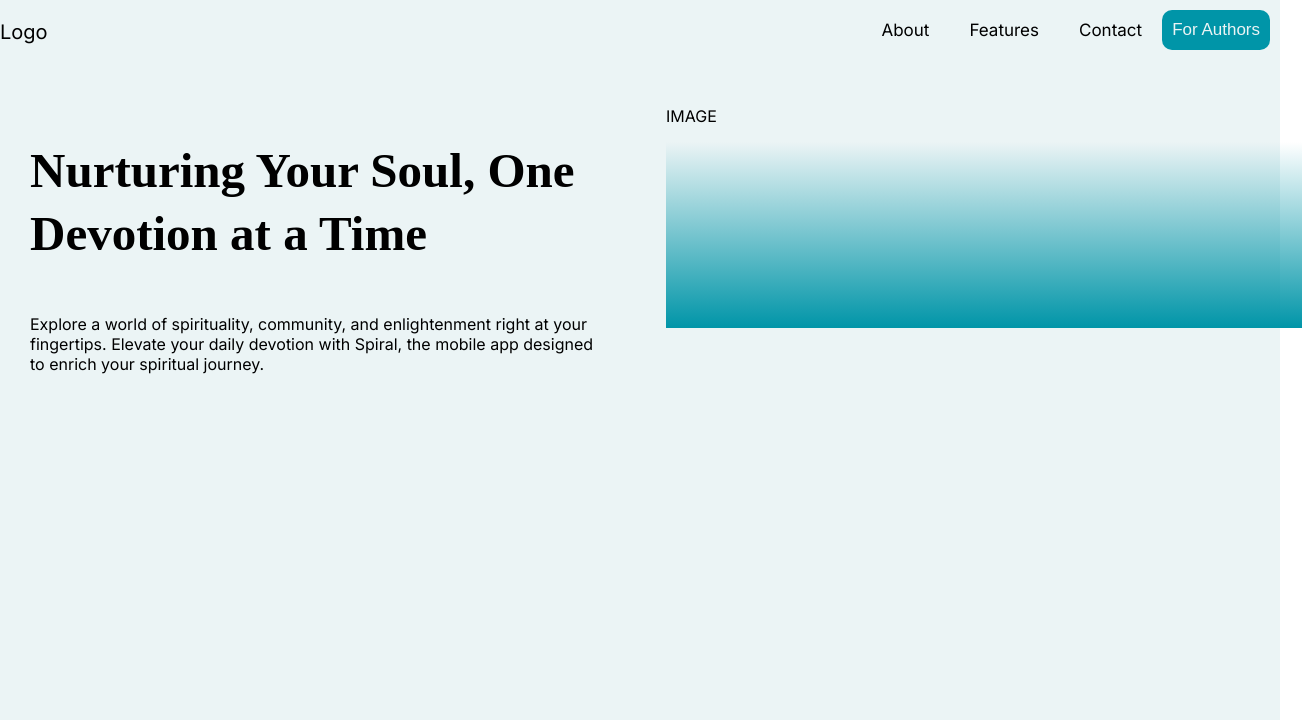
Repository: argorn-inc/spiral-landing-page
Page: /
These files come from the project's save history. The page is drawn as it stood at one moment and after the next save; the edit follows.
The browser window is 1280 px wide. The page is 1302 px wide, so the pictures cover 1302 px, including what lies to the right of the window. The pictures show the whole page.
The project was rebuilt for these pictures with package versions that can differ from the ones it lists, and the page was loaded fresh each time. The framework's server and built-in components were replaced by stand-ins that run in the browser. Also part of the build but not shown: next.config.js.

Above is the page before, as saved 2023-10-05 14:38:34.

After the next save:
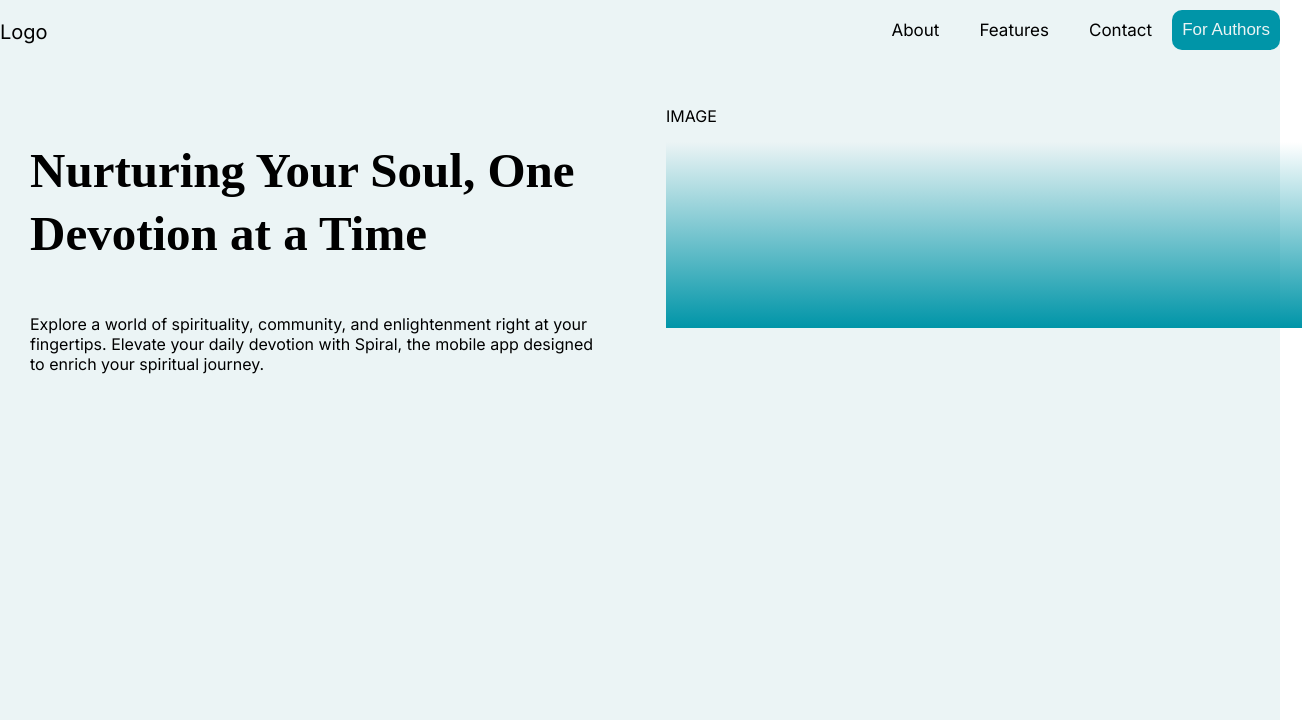
Saved 18 s later.
--- a/styles/Navbar.module.css
+++ b/styles/Navbar.module.css
@@ -15,7 +15,7 @@
     display: flex;
     align-items: center;
     justify-content: center;
-    padding: 10px;
+  marig
 }
 
 .navbar__right p {

After the save that followed:
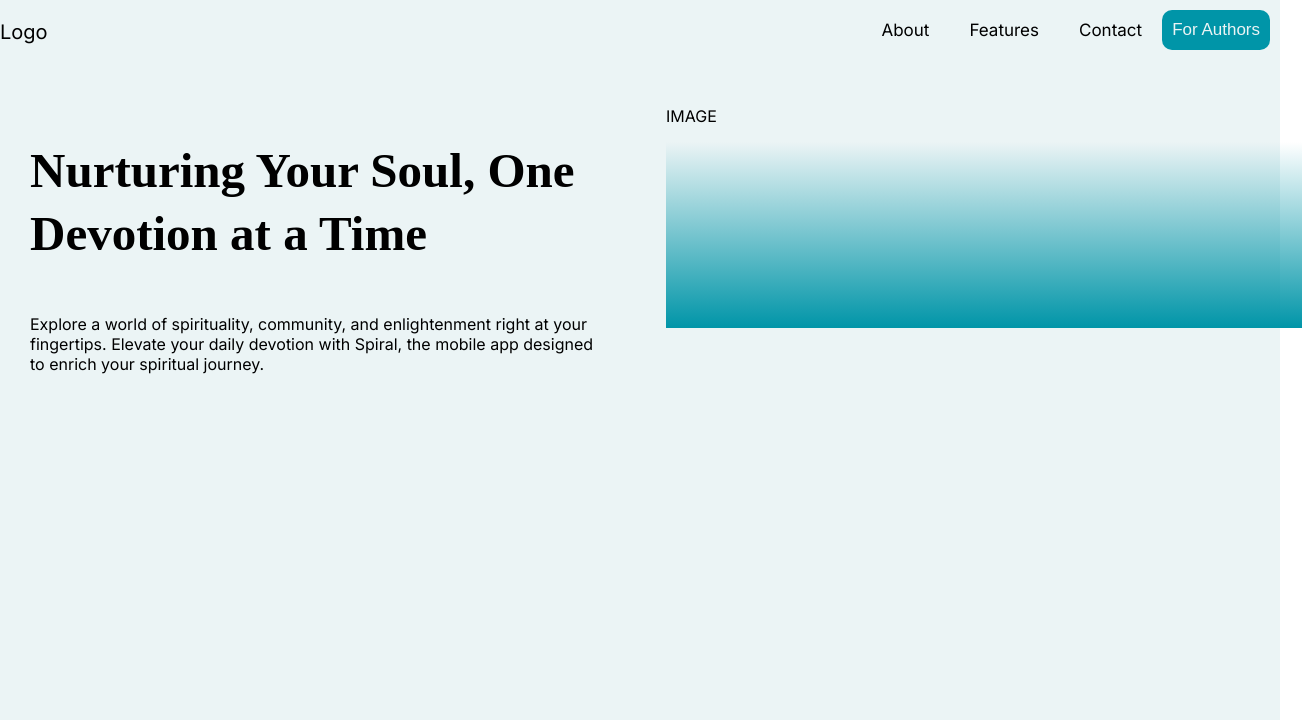
Saved 4 s later.
--- a/styles/Navbar.module.css
+++ b/styles/Navbar.module.css
@@ -15,7 +15,7 @@
     display: flex;
     align-items: center;
     justify-content: center;
-  marig
+  margin-right: 10px;
 }
 
 .navbar__right p {
